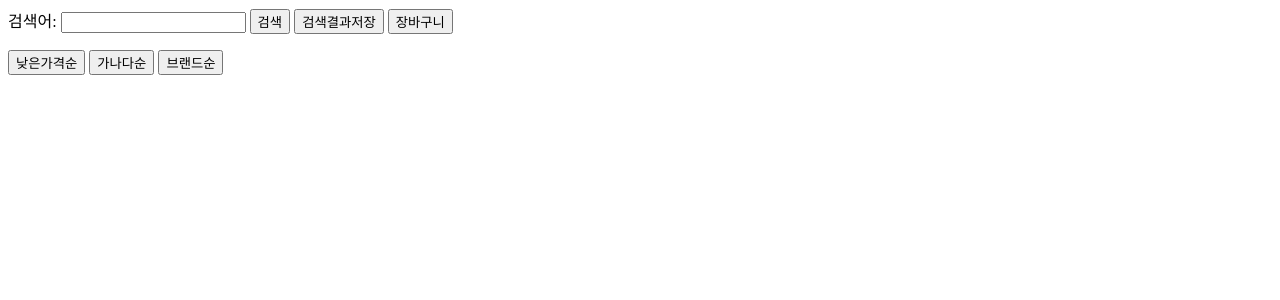
Repository: parkjiminnnn/NaverShoppingAPI
Page: http://localhost/Shop/main.jsp
An editor plug-in stored every save of this project. The page is shown before and after the next save, followed by the edit.
The browser window is 1280 px wide. The pictures show the whole page.
The page is served by Tomcat 9. Other server files are loaded and not shown.

Above is the page before, as saved 2023-11-18 11:07:44.

### Shop/WebContent/main.jsp
<%@ page language="java" contentType="text/html; charset=UTF-8" pageEncoding="UTF-8"%>
<%@page import="shop.DBconnect"%>
<%@ page import="shop.*" %>
<%@ page import="java.net.URLEncoder" %>
<%@ page import="java.util.*" %>

<%
	// 한글 깨짐 방지
    request.setCharacterEncoding("UTF-8");

    // 검색 결과를 저장할 리스트
    List<Data> searchResults = new ArrayList<>();

    // POST 메서드로 요청이 왔을 때 검색 수행
    if ("POST".equalsIgnoreCase(request.getMethod())) {
        // 사용자가 입력한 검색어 가져오기
        String searchTerm = request.getParameter("searchTerm");

        // 검색어가 비어있지 않다면 API 호출
        if (searchTerm != null && !searchTerm.isEmpty()) {
            // 네이버 API 호출
            String clientId = "iE6XydOWfru4IEU74MXl";
            String clientSecret = "m9Am_QmO2k";

            String text = URLEncoder.encode(searchTerm, "UTF-8");
            String apiURL = "https://openapi.naver.com/v1/search/shop?query="+text+"&display=100";
            Map<String, String> requestHeaders = new HashMap<>();
            requestHeaders.put("X-Naver-Client-Id", clientId);
            requestHeaders.put("X-Naver-Client-Secret", clientSecret);

            // 네이버 API 호출 메서드를 통해 결과 받아오기
            searchResults = NaverShop.parseItemsArray(NaverShop.get(apiURL, requestHeaders));
        }
    }
 // 저장 버튼이 클릭되면 DB에 저장
    if ("POST".equalsIgnoreCase(request.getMethod()) && request.getParameter("saveButton") != null) {
        DBconnect.saveToDatabase(searchResults);
%>
		<!--저장확인메시지 출력  -->
		<script>
            alert("데이터가 성공적으로 저장되었습니다.");
        </script>

<%
       	}
 			  	 if(request.getParameter("lpriceButton") != null){
 			  	  Collections.sort(searchResults, (data1, data2) -> Integer.compare(Integer.parseInt(data2.getLprice()), Integer.parseInt(data1.getLprice())));
 			  	 }
                  // 낮은가격순
                 if(request.getParameter("lpriceButton") != null){
                  Collections.sort(searchResults, (data1, data2) -> Integer.compare(Integer.parseInt(data1.getLprice()), Integer.parseInt(data2.getLprice())));
                 }
                  //가나다순
                  if(request.getParameter("titleButton") != null){
                  Collections.sort(searchResults, (data1, data2) -> data1.getTitle().compareTo(data2.getTitle()));

                  }
                  //브랜드순
                  if(request.getParameter("brandButton") != null){
                  	Collections.sort(searchResults, (data1, data2) -> data1.getBrand().compareTo(data2.getBrand()));
                  }
       %>

<html>
<head>
<meta charset="UTF-8" name="viewport" content="width=device-width, initial-scale=1">
<link rel="stylesheet" href="css/table.css">
<style>
        .product-cell {
            display: flex;
            flex-direction: column;
            align-items: center;
            text-align: center;
            width: 200px;
            padding: 10px;
            cursor: pointer;
        }

        .product-cell img {
            max-width: 100px;
            max-height: 100px;
        }

        table {
            border-collapse: collapse; /* 셀 간의 간격을 없애기 위해 border-collapse 속성 추가 */
            width: 100%; /* 테이블을 가득 채우도록 설정 */
        }

        table, th, td {
            border: 1px solid #ddd;
        }

        th, td {
            padding: 10px;
        }
</style>
<title>Search Page</title>
</head>
<body>
<%
    request.setCharacterEncoding("UTF-8");
	String searchTerm = request.getParameter("searchTerm");
	if(searchTerm==null) searchTerm = "";
%>
<%
    int cellCount = 0; // 각 행당 셀 개수를 세기 위한 변수 추가
    Iterator<Data> iterator = searchResults.iterator();
%>
	<form action="" method="post">
		<label for="searchTerm">검색어:</label>
	    <input type="text" id="searchTerm" name="searchTerm" value="<%=searchTerm%>" required>
        <!-- 히든 필드에 검색어 설정 -->
        <input type="hidden" id="hiddenSearchTerm" name="hiddenSearchTerm" value="<%=searchTerm%>">

	    <button type="submit">검색</button>
	<!-- 저장 버튼 추가 -->
    <button type="submit" name="saveButton">검색결과저장</button>
    <button type="submit" name="basketButton" onclick="openModal()">장바구니</button><p>
    <button type="submit" name="lpriceButton">낮은가격순</button>
    <button type="submit" name="titleButton">가나다순</button>
    <button type="submit" name="brandButton">브랜드순</button>
	 </form>

<%
    // 검색 결과 출력
    if (searchResults != null && !searchResults.isEmpty()) {
%>
<!-- 검색 결과가 있을 경우 테이블로 출력 -->
<table border="1">
    <tbody>
    <%
        int columns = 5; // 한 행당 열의 개수
        int count = 0; // 현재 열의 개수를 세기 위한 변수

        for (Data result : searchResults) {
            // 한 행의 시작 부분
            if (count % columns == 0) {
    %>
        <tr>
    <%
            }
            // 각 상품을 표현하는 셀
    %>
            <td class="product-cell" >
                <img alt="이미지" src="<%= result.getImage() %>" onclick="window.location='<%= result.getLink() %>'">
                <p><%= result.getTitle() %></p>
                <p><%= result.getLprice() %>원</p>
                <p><%= result.getBrand() %></p>
                 <p><a href="javascript:void(0);" onclick="addToCart('<%= result.getTitle() %>', '<%= result.getLprice() %>')">담기</a></p>
            </td>
    <%
            // 한 행의 끝 부분
            if (++count % columns == 0) {
    %>
        </tr>
    <%
            }
        }

        // 열의 개수가 columns의 배수가 아닌 경우 빈 셀로 채우기
        while (count % columns != 0) {
    %>
            <td></td>
    <%
            count++;
        }
    %>
    </tbody>
</table>
<%
    } else if ("POST".equalsIgnoreCase(request.getMethod())) {
%>
<!-- 검색 결과가 없을 경우 메시지 출력 -->
<p>검색 결과가 없습니다.</p>
<%
    }
%>
    <%-- JavaScript 추가 --%>
    <script>
        function openModal() {
            document.getElementById("myModal").style.display = "block";
            event.preventDefault(); // 폼 제출 방지
        }

        function closeModal() {
            document.getElementById("myModal").style.display = "none";
        }

        // 모달 외부를 클릭하면 모달이 닫히도록 설정
        window.onclick = function(event) {
            if (event.target == document.getElementById("myModal")) {
                document.getElementById("myModal").style.display = "none";
            }
        }
        var shoppingCart = []; // 장바구니 정보를 저장할 배열

        function addToCart(title, lprice) {
            // 장바구니에 상품 추가
            shoppingCart.push({ title: title, lprice: lprice });

            // 모달 내용 업데이트
            updateCartModal();
        }

        function updateCartModal() {
            var modalContent = document.getElementById("myModalContent");

            modalContent.innerHTML = "";
            // 장바구니에 있는 상품들을 모달에 추가
            for (var i = 0; i < shoppingCart.length; i++) {
                var productInfo = shoppingCart[i];
                var productElement = document.createElement("p");
                productElement.innerHTML = "이름: " + productInfo.title + ", 가격: " + productInfo.lprice + "원";
                modalContent.appendChild(productElement);
            }

            // 모달 업데이트
            openModal();
        }
    </script>
    <%-- 모달 창 추가 --%>
    <div id="myModal" class="modal">
        <div class="modal-content">
            <span class="close" onclick="closeModal()">&times;</span>
            <!-- 모달 내용 추가 -->
            <div id="myModalContent"></div>
        </div>
    </div>

</body>
</html>

### Shop/src/shop/Data.java
package shop;

public class Data {
	String title="";
	String link="";
	String image="";
	String lprice="";
	String hprice="";
	String mallName="";
	String productId="";
	String productType="";
	String brand="";
	String maker="";
	String category1 ="";
	public String getTitle() {
		return title;
	}
	public void setTitle(String title) {
		this.title = title;
	}
	public String getLink() {
		return link;
	}
	public void setLink(String link) {
		this.link = link;
	}
	public String getImage() {
		return image;
	}
	public void setImage(String image) {
		this.image = image;
	}
	public String getLprice() {
		return lprice;
	}
	public void setLprice(String lprice) {
		this.lprice = lprice;
	}
	public String getHprice() {
		return hprice;
	}
	public void setHprice(String hprice) {
		this.hprice = hprice;
	}
	public String getMallName() {
		return mallName;
	}
	public void setMallName(String mallName) {
		this.mallName = mallName;
	}
	public String getProductId() {
		return productId;
	}
	public void setProductId(String productId) {
		this.productId = productId;
	}
	public String getProductType() {
		return productType;
	}
	public void setProductType(String productType) {
		this.productType = productType;
	}
	public String getBrand() {
		return brand;
	}
	public void setBrand(String brand) {
		this.brand = brand;
	}
	public String getMaker() {
		return maker;
	}
	public void setMaker(String maker) {
		this.maker = maker;
	}
	public String getCategory1() {
		return category1;
	}
	public void setCategory1(String category1) {
		this.category1 = category1;
	}

}

### Shop/WebContent/css/table.css

.shopimg {
  width: 100px;
  height: 100px;

}
 .modal {
    display: none;
    position: fixed;
    z-index: 1;
    right: 300;
    top: 0;
    width: 50%;
    height: 50%;
    overflow: auto;
    background-color: rgba(0, 0, 0, 0.1);
    padding-top: 60px;
}

.close {
    color: #000000;
    float: right;
    font-size: 28px;
    font-weight: bold;
    right: 20px;
    top: 20px;
}

After the next save:
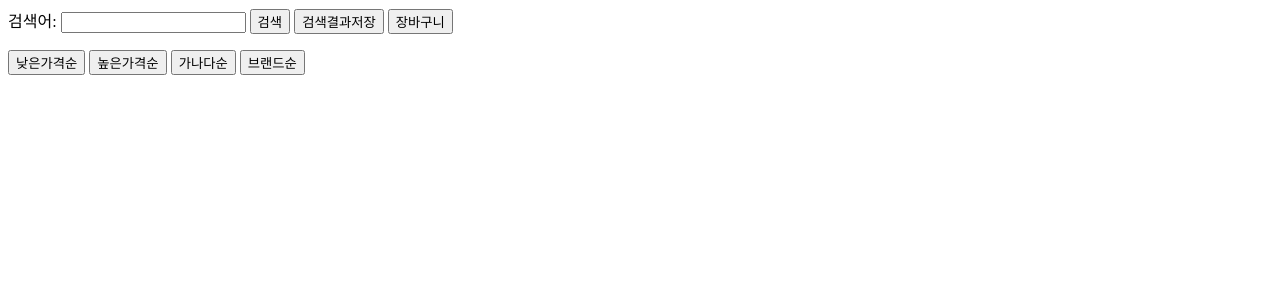
Saved 51 s later.
--- a/Shop/WebContent/main.jsp
+++ b/Shop/WebContent/main.jsp
@@ -42,8 +42,8 @@
         </script>
 
 <%
-       	}
- 			  	 if(request.getParameter("lpriceButton") != null){
+       	}		//높은가격순
+ 			  	 if(request.getParameter("hpriceButton") != null){
  			  	  Collections.sort(searchResults, (data1, data2) -> Integer.compare(Integer.parseInt(data2.getLprice()), Integer.parseInt(data1.getLprice())));
  			  	 }
                   // 낮은가격순
@@ -117,6 +117,7 @@
     <button type="submit" name="saveButton">검색결과저장</button>
     <button type="submit" name="basketButton" onclick="openModal()">장바구니</button><p>
     <button type="submit" name="lpriceButton">낮은가격순</button>
+    <button type="submit" name="hpriceButton">높은가격순</button>
     <button type="submit" name="titleButton">가나다순</button>
     <button type="submit" name="brandButton">브랜드순</button>
 	 </form>
